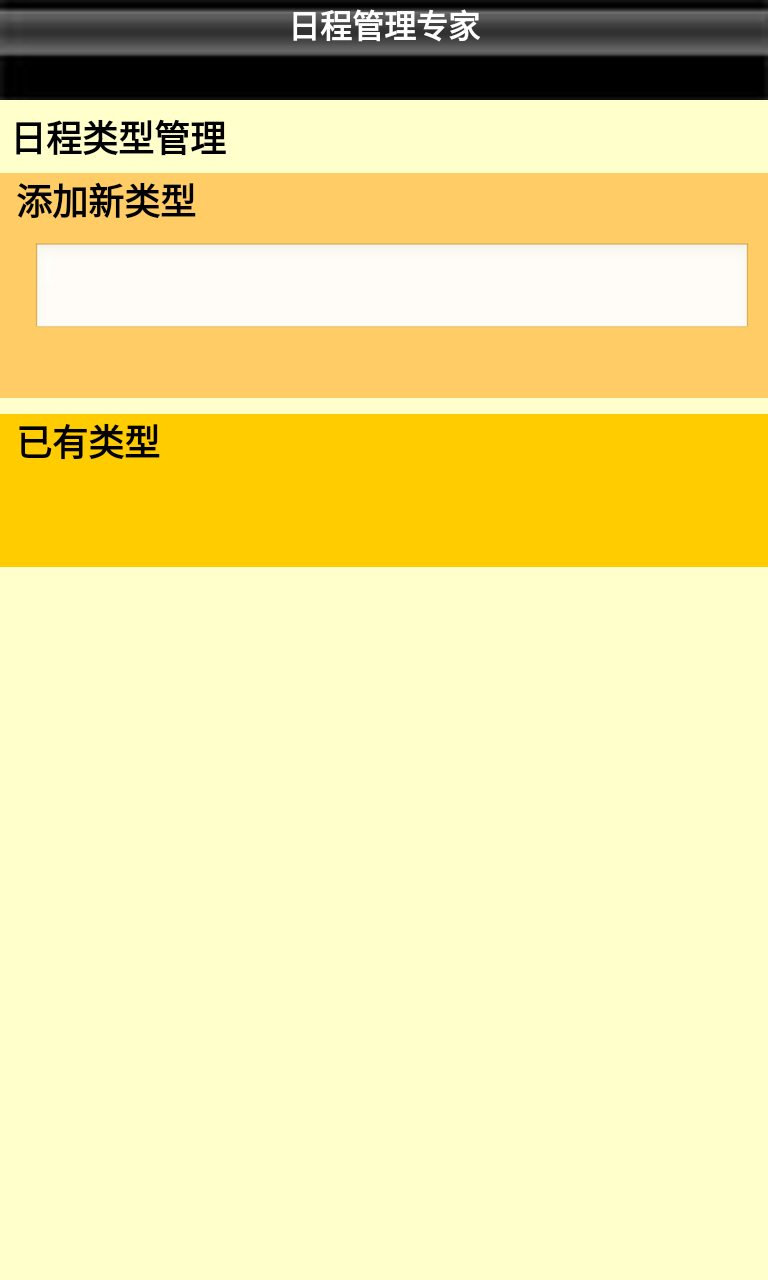
Repository: gogolaile/CoolWeather
Layout: DayDel/res/layout/add.xml
The author's editor kept a copy of each file at every save. The layout is drawn from the files as they stood at one save, then again after the next save.
It is drawn on a 768 x 1280 px phone screen (xhdpi) without system bars, with theme android:Theme.NoTitleBar.Fullscreen; the app's code is not run. Lists and similar views that code fills are empty.

Above is the layout before, as saved 2015-12-05 10:04:20.

After the next save:
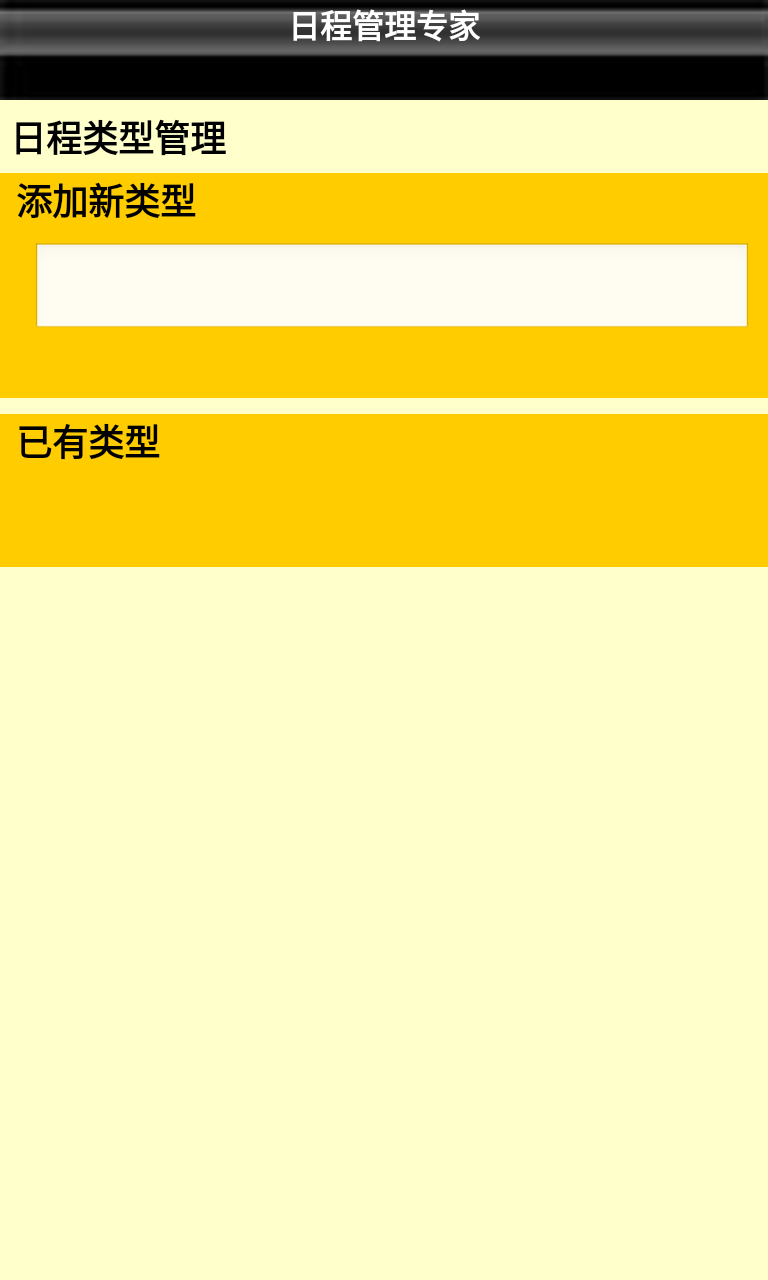
Saved 8 s later.
--- a/DayDel/res/layout/add.xml
+++ b/DayDel/res/layout/add.xml
@@ -30,7 +30,7 @@
           android:layout_width="match_parent"
           android:layout_height="wrap_content"
           android:orientation="vertical"
-          android:background="#FFCC66">
+          android:background="#FFCC00">
         <TextView
            android:layout_width="wrap_content"
            android:layout_height="wrap_content"
